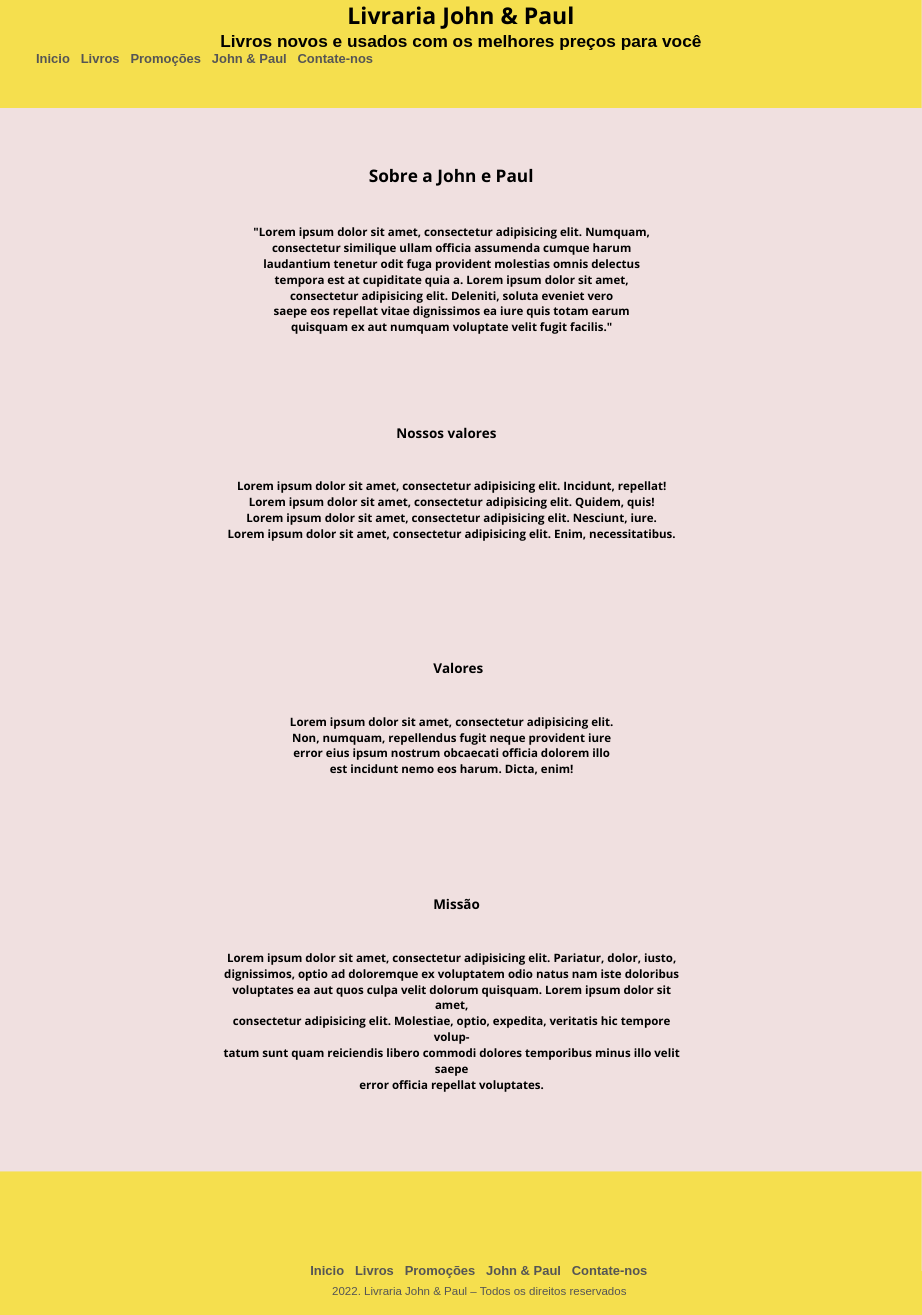
Repository: MarcoantonioCaldeira/Site-livraria-John-e-Paul
Page: sobre.html
An editor plug-in stored every save of this project. The page is shown before and after the next save, followed by the edit.
The browser window is 1280 px wide. The pictures show the whole page, at 72% of full size.

Above is the page before, as saved 2022-09-25 23:32:32.

### sobre.html
<!doctype html>
<html dir="ltr" lang="pt-BR">
<head>
   <meta name="viewport" content="width=device-width, initial-scale=1.0">

   <title>Meu Primeiro Projeto</title>
   <link rel="stylesheet" href="css/estilo.css">
</head>
<body>
<header id="topo">
   <h1 class="center"> Livraria John & Paul</h1>
   <h2 class="center">Livros novos e usados com os melhores preços para você</h2>

<nav id="menu">
   <ul>
      <li><a href="index.html">Inicio</a></li>
      <li><a href="produtos.html">Livros</a></li>
      <li><a href="#">Promoções</a></li>
      <li><a href="sobre.html">John & Paul</a></li>
      <li><a href="contato.html">Contate-nos</a></li>
   </ul>
</nav>
</header>
<section class="sobre">
   <h1 class="h1-sobre">Sobre a John e Paul</h1>

   <div  class="section-info">
      <h4>"Lorem ipsum dolor sit amet, consectetur adipisicing elit. Numquam,<br>
      consectetur similique ullam officia assumenda cumque harum<br> laudantium tenetur
      odit fuga provident molestias omnis delectus<br> tempora est at cupiditate quia a.
      Lorem ipsum dolor sit amet,<br> consectetur adipisicing elit. Deleniti,
      soluta eveniet vero<br> saepe eos repellat vitae dignissimos ea iure quis
      totam earum<br> quisquam ex aut numquam voluptate velit fugit facilis."</h4>
   </div>



   <h3 class="h3-valores">Nossos valores</h3>

   <div class="section-valores">
      <h4>Lorem ipsum dolor sit amet, consectetur adipisicing elit. Incidunt, repellat!<br>
      Lorem ipsum dolor sit amet, consectetur adipisicing elit. Quidem, quis!<br>
      Lorem ipsum dolor sit amet, consectetur adipisicing elit. Nesciunt, iure.<br>
      Lorem ipsum dolor sit amet, consectetur adipisicing elit. Enim, necessitatibus.</h4>
   </div>

   <h3 class="h3-valores-2">Valores</h3>
   <div  class="section-valores">
      <h4>Lorem ipsum dolor sit amet, consectetur adipisicing elit.<br>
      Non, numquam, repellendus fugit neque provident iure <br>error eius
      ipsum nostrum obcaecati officia dolorem illo <br>est incidunt nemo eos
      harum. Dicta, enim!</h4>
   </div>

   <h3 class="h3-missao">Missão</h3>
   <div class="section-missao">
      <h4>Lorem ipsum dolor sit amet, consectetur adipisicing elit. Pariatur, dolor, iusto,<br>
      dignissimos, optio ad doloremque ex voluptatem odio natus nam iste doloribus<br> voluptates ea
      aut quos culpa velit dolorum quisquam. Lorem ipsum dolor sit amet, <br>consectetur adipisicing
      elit. Molestiae, optio, expedita, veritatis hic tempore volup-<br>tatum sunt quam reiciendis libero
      commodi dolores temporibus minus illo velit saepe <br>error officia repellat voluptates.</h4>
   </div>


</section>

<footer id="rodape">
   <ul class="ul_rodape">
      <li><a href="index.html">Inicio</a></li>
      <li><a href="produtos.html">Livros</a></li>
      <li><a href="#">Promoções</a></li>
      <li><a href="sobre.html">John & Paul</a></li>
      <li><a href="contato.html">Contate-nos</a></li>
   </ul>
   <p>2022. Livraria John & Paul – Todos os direitos reservados</p>
</footer>
</body>
</html>

### css/estilo.css
/* Import font from google */
@import url(http://fonts.googleapis.com/css?family=Open+Sans:400,300,700);

*{
   margin: 0;
}


body{
   background-color:  rgb(240, 224, 224);
   font-family: sans-serif;
   margin: 0;
   padding: 0;
}
h1,h3,h4,h5,h6{
   font-family: 'Open Sans', sans-serif;
}

.h2_destaque{
   margin-left: 45%;
   margin-top: 5%;
   color:#555;
   font-family: 'Open Sans', sans-serif;
}

#topo{
   background-color: #f5df4e;
   width: 100%;
   height:150px;
   margin:0 auto;
}

.destaques{
   background-color: rgb(240, 224, 224);
   width: 100%;
   height:1300px;
}

.topnav {
   overflow: hidden;
   margin-left: 27%;
   margin-top: 2%;
   background-color: #f5df4e;
 }

 .topnav a {
   float: left;
   display: block;
   color: #555;
   text-align: center;
   padding: 14px 16px;
   text-decoration: none;
   font-size: 17px;
 }

 .topnav a:hover {
   background-color: #ddd;
   color: black;
 }

 .topnav a.active {
   background-color:  #f5df4e;
   color: #555;
 }

 .topnav .icon {
   display: none;
 }





a{
   font-weight:600;
   text-decoration: none;
   margin-left: 10px;
   font-family: arial;
   color:#555;
}

#menu li{
   display:inline;
}
.destaques li{
   width: 50%;
   float: left;
   text-align: center;
   list-style: none;
   padding: 20px 0;
}

ul{
   font-size: 18px;
}


.ul_rodape{
   margin-top: 10%;
}

.destaques li strong{
   width: 100%;
   display: block;
}
.center{
   text-align: center;
}



button{
   padding: 10px 20px;
   background-color: blue;
   color: #fff;
   border: none;
   -webkit-border-radius: 5px;
   -moz-border-radius: 5px;
   border-radius: 5px;
}
#rodape{
   width: 100%;
   height: 200px;
   background-color:  #f5df4e;
   color: #ccc;
   float: left;
   text-align: center;
}

p{
   color: #555;
   line-height: 34px;
   margin-left: 4%;
}

li {
   display: inline;
}

/*Produtos*/

.produtos{

   height:600px;
}

table{
   position: relative;
   margin-left: 27%;
   top: 20%;
   background-color:rgb(240, 224, 224);
   border-radius: 5px;
   border: 1px solid #555;
}

tr, td{
   border: 1px solid #555;
}


/*Sobre*/


.sobre{
   width: 100%;
   height:1400px;
}

h4
{
   text-align: center;
}

.h1-sobre{
   margin-top: 6%;
   margin-left: 40%;
}

.section-info{
   position: relative;
   margin-left: 24%;
   margin-top: 4%;
   width: 50%;
   height:200px;
}


.h3-valores{
   margin-top: 6%;
   margin-left: 43%;
}

.section-valores{
   position: relative;
   margin-left: 24%;
   margin-top: 4%;
   width: 50%;
   height:200px;
}

.h3-valores-2{
   margin-top: 4%;
   margin-left: 47%;
}

.h3-missao{
   margin-top: 4%;
   margin-left: 47%;
}

.section-missao{
   position: relative;
   margin-left: 24%;
   margin-top: 4%;
   width: 50%;
   height:200px;
}


/*Contato*/

.section-contato{
   background-color:rgb(240, 224, 224);
   width: 100%;
   height: 730px;
}

.formulario{
   height:500px;
}


form fieldset{
   border: none;
}
form legend{
   text-transform: uppercase;
   font-size: 1.2em;
   padding: 0;
   width: 100%;
   border-bottom: 1px solid #555;
}
form label{
   width: 50%;
}

form input:not([type=checkbox]){
   width: 100%;
   padding: 7px;
   border-radius: 2px;
   border: 1px solid;
}

form select{
   width: 50%;
   border-radius: 2px;
   margin-top: 10%;
   padding: 7px;
   border: 1px solid;
}

form textarea{
   width: 100%;
   font-family: arial;
   border-radius: 2px;
   border: 1px solid;
}
form div{
   width: 30%;
   margin: 0 1%;
   margin-top: -18%;
   height: 150px;
}

#news{
   margin-top:6%;
   margin-left: 20px;
}




@media  screen and (max-width: 730px){

   .destaques{
      height:1150px;
   }

   h2.center, h1.center{
      font-size: 19px;
   }

   /*#menu{
      width:80%;
      overflow: hidden;
      background-color:red;
      text-align: center;
      margin-top: 5%;
      margin-left: 7%;
      height:50px;
   }*/


/*Menu responsivo*/

.topnav a:not(:first-child) {display: none;}
  .topnav a.icon {
    float: right;
    display: block;
  }


   a{
      font-size: 80%;
   }

   img{
      width:130px;
      height:200px;
   }

   h2.h2_destaque{
      margin-left: 40%;
   }

   .ul_rodape{
      margin-top: 25%;
      color: red;
   }

   p{
      color: black;
      margin-top: 1%;
      margin-left: 10%;
   }


   /*Pagina Sobre*/

   h4{
      font-size: 80%;
   }

   .h1-sobre{
      margin-left: 27%;
   }

   .h3-valores{
      margin-left: 36%;
   }

   .h3-valores-2{
      margin-left: 45%;
   }

   .h3-missao{
      margin-left: 45%;
   }

   .section-info{
      height:330px;
      margin-left: 26%;
   }

   .section-valores{
      height:220px;
      margin-left: 26%;
   }

   .section-missao{
      height:330px;
      margin-left: 29%;
   }

   /*Contato*/

   form div{
      width: 60%;
      margin: 0 1%;
      margin-top: -50%;
      height: 150px;
   }

   form textarea{
      width: 100%;
      font-family: arial;
      border-radius: 2px;
      border: 1px solid;
   }

   button{
      padding: 10px 20px;
      margin-left: 4%;
      margin-top: 7%;
      background-color: blue;
      color: #fff;
      border: none;
      -webkit-border-radius: 5px;
      -moz-border-radius: 5px;
      border-radius: 5px;
   }

   form select{
      width: 50%;
      border-radius: 2px;
      margin-top: 10%;
      padding: 7px;
      border: 1px solid;
   }

   /*Produtos*/

   table{
      margin-left: 2%;
   }

   .ul_rodape{
      margin-top: 22%;
   }

   p{
      margin-top: 1%;
   }
}

@media  screen and (max-width: 730px){

.topnav.responsive {position: relative;}
.topnav.responsive .icon {
  position: absolute;
  right: 0;
  top: 0;
}
.topnav.responsive a {
  float: none;
  display: block;
  text-align: left;
}

}

After the next save:
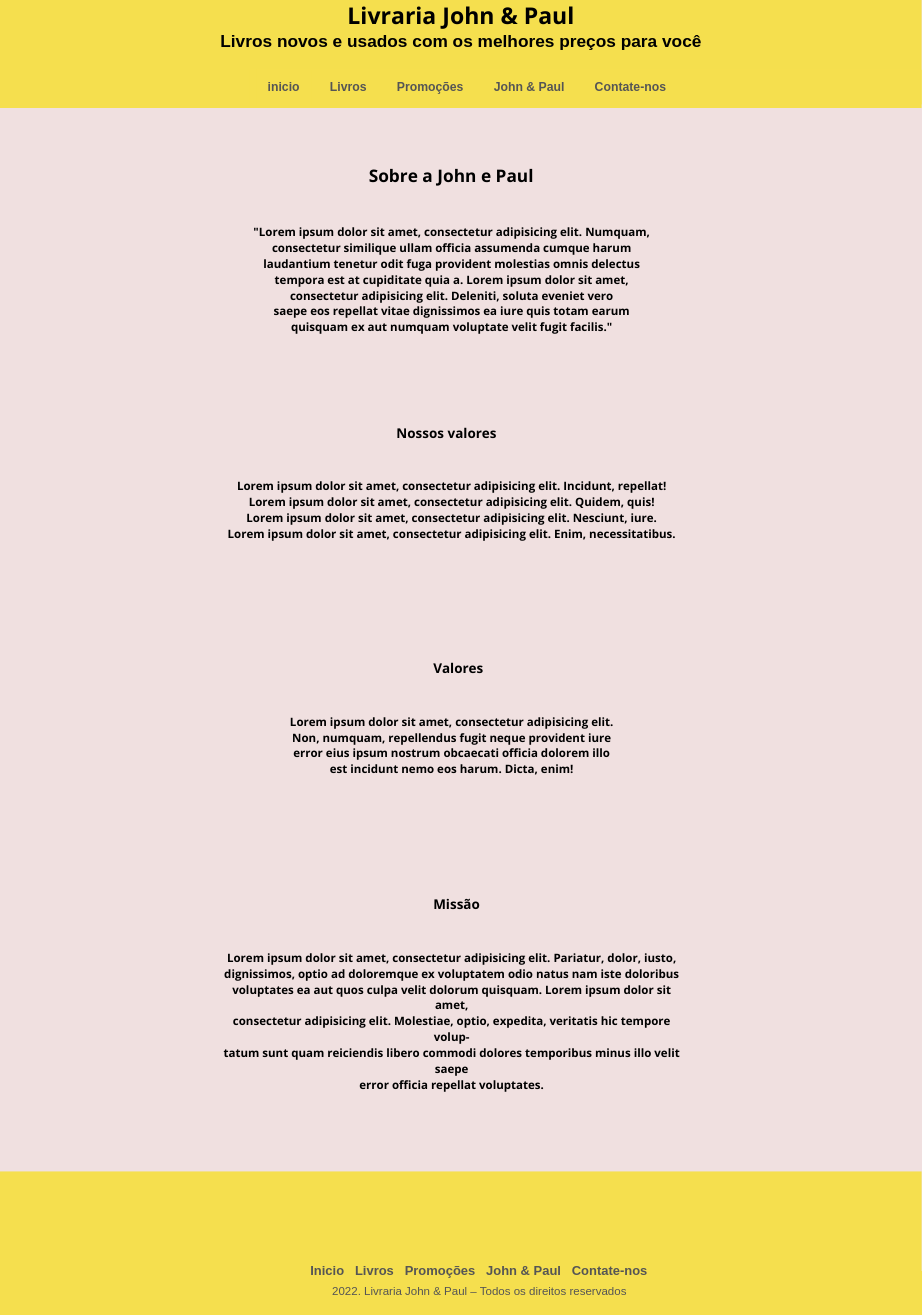
Saved 112 s later.
--- a/sobre.html
+++ b/sobre.html
@@ -11,15 +11,17 @@
    <h1 class="center"> Livraria John & Paul</h1>
    <h2 class="center">Livros novos e usados com os melhores preços para você</h2>
 
-<nav id="menu">
-   <ul>
-      <li><a href="index.html">Inicio</a></li>
-      <li><a href="produtos.html">Livros</a></li>
-      <li><a href="#">Promoções</a></li>
-      <li><a href="sobre.html">John & Paul</a></li>
-      <li><a href="contato.html">Contate-nos</a></li>
-   </ul>
-</nav>
+   <div class="topnav" id="myTopnav">
+      <a href="index.html" class="active">inicio</a>
+      <a href="produtos.html">Livros</a>
+      <a href="">Promoções</a>
+      <a href="sobre.html">John & Paul</a>
+      <a href="contato.html">Contate-nos</a>
+
+      <a href="javascript:void(0);" class="icon" onclick="myFunction()">
+        <i class="fa fa-bars"></i>
+      </a>
+    </div>
 </header>
 <section class="sobre">
    <h1 class="h1-sobre">Sobre a John e Paul</h1>
